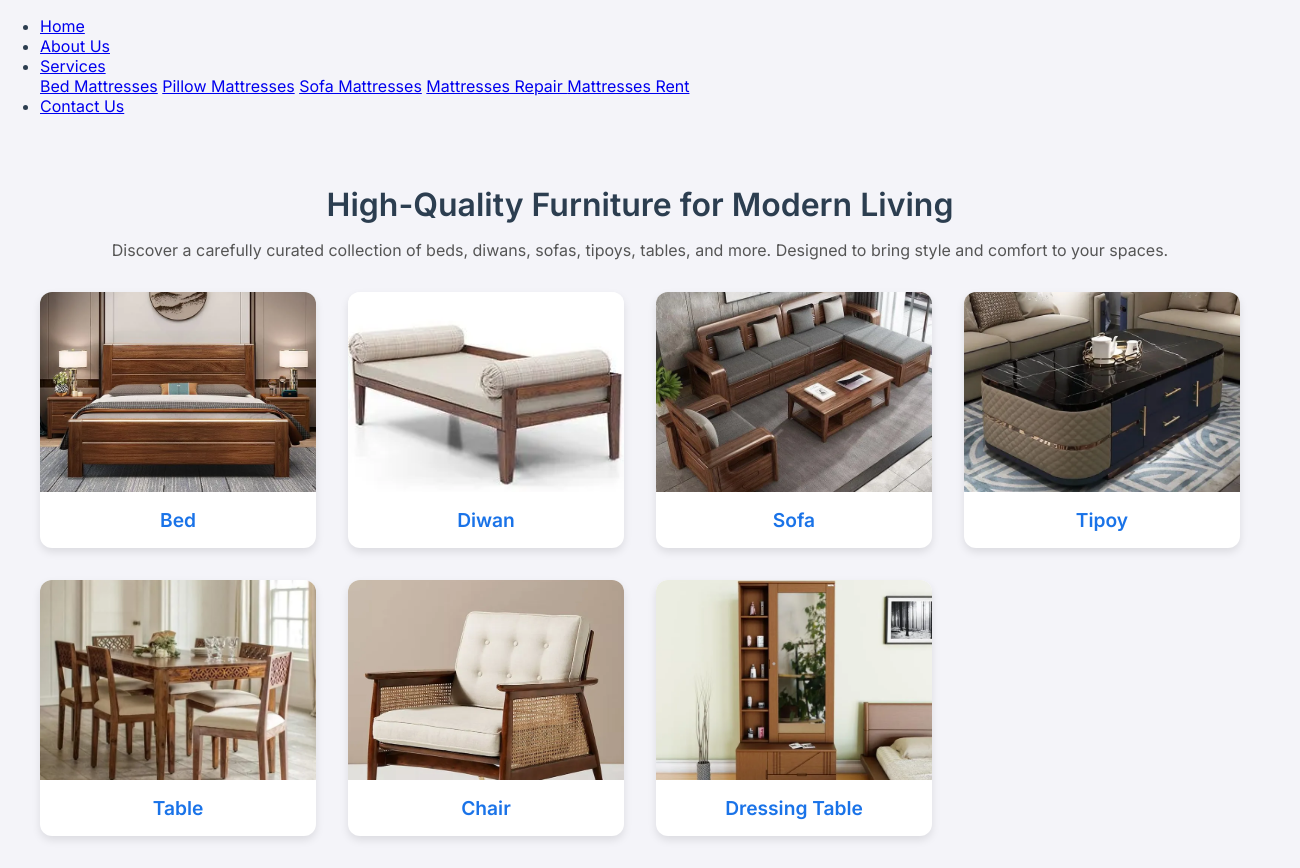
Repository: nadafgroup/rashidgadiUI
Page: src/furniture.html
These files come from the project's save history. The page is drawn as it stood at one moment and after the next save; the edit follows.
The browser window is 1280 px wide. The page is 1280 px wide, then 1300 px, so the pictures cover 1300 px, including what lies to the right of the window. The pictures show the whole page.

Above is the page before, as saved 2025-01-25 12:46:20.

After the next save:
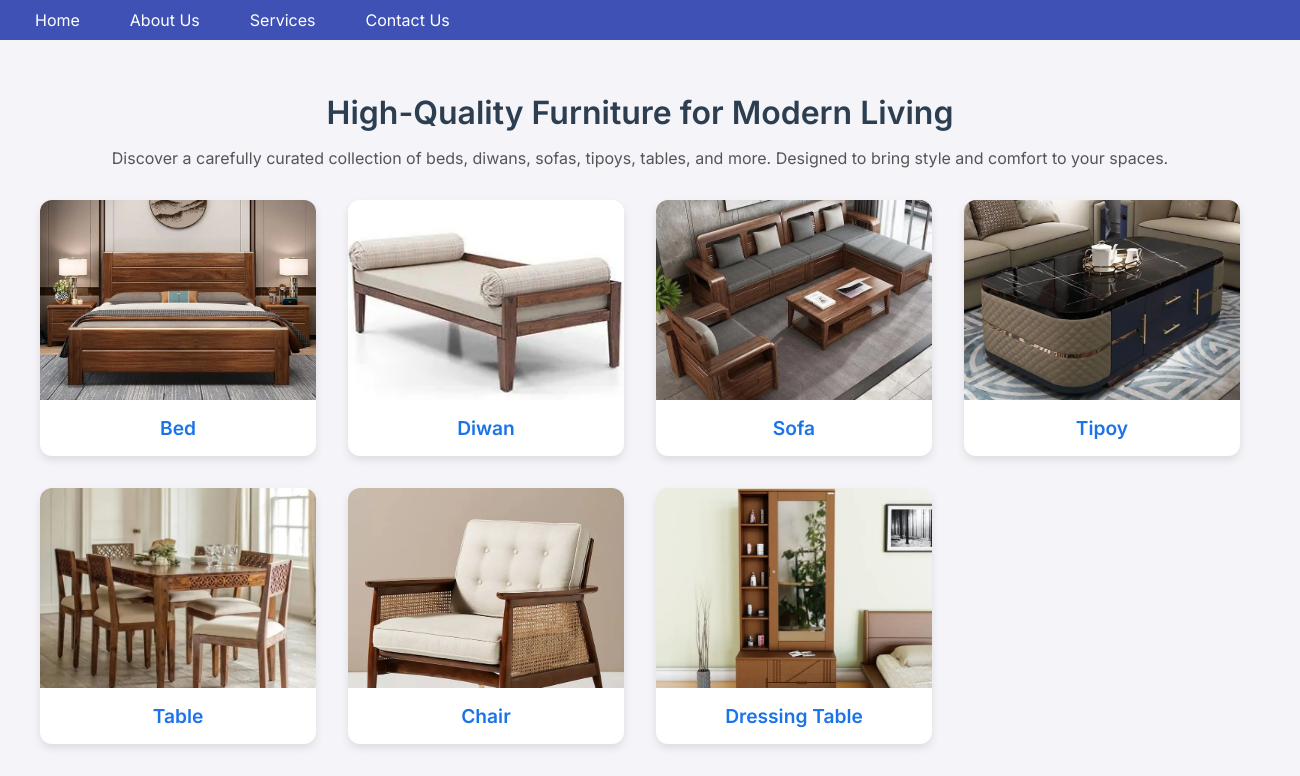
Saved 27 s later.
--- a/src/furniture.html
+++ b/src/furniture.html
@@ -13,6 +13,68 @@
             background-color: #f4f4f9;
             color: #2c3e50;
         }
+
+        header {
+    width: 100%;
+    padding: 10px;
+    display: flex;
+    justify-content: space-between;
+    align-items: center;
+    background-color: #3f51b5;
+    color: white;
+    font-size: 1rem;
+}
+
+.nav-right ul {
+    display: flex;
+    list-style: none;
+    margin: 0;
+    padding: 0;
+}
+
+.nav-right ul li {
+    margin: 0 15px;
+}
+
+.nav-right ul li a {
+    text-decoration: none;
+    color: white;
+    padding: 10px;
+    transition: 0.3s;
+}
+
+.nav-right ul li a:hover {
+    background-color: #5c6bc0;
+    border-radius: 5px;
+}
+
+.nav-right ul li.dropdown {
+    position: relative;
+}
+
+.nav-right ul li.dropdown:hover .dropdown-content {
+    display: block;
+}
+
+.nav-right ul li .dropdown-content {
+    display: none;
+    position: absolute;
+    background-color: #3f51b5;
+    min-width: 160px;
+    z-index: 1;
+    border-radius: 5px;
+}
+
+.nav-right ul li .dropdown-content a {
+    padding: 10px;
+    color: white;
+    text-decoration: none;
+    display: block;
+}
+
+.nav-right ul li .dropdown-content a:hover {
+    background-color: #5c6bc0;
+}
         .container {
             padding: 2rem 1rem;
             max-width: 1200px;
